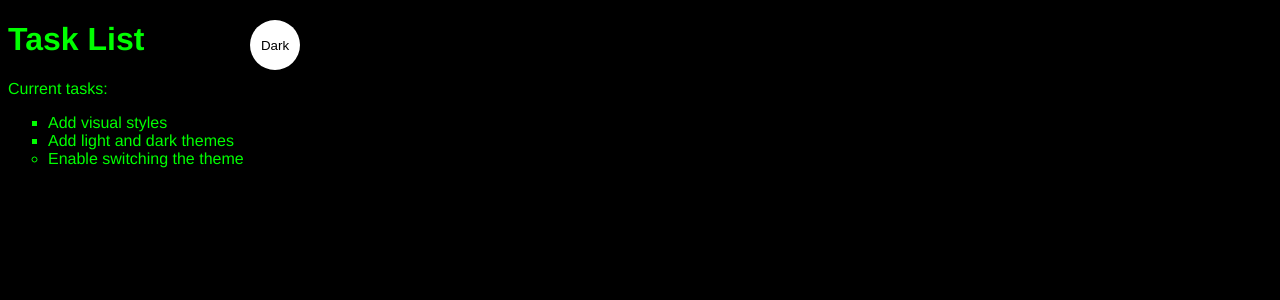
Repository: MaggieMengXingchen/Class-4
Page: index.html
The author's editor kept a copy of each file at every save. The page is drawn from the files as they stood at one save, then again after a run of saves.
The browser window is 1280 px wide. The pictures show the whole page.

Above is the page before, as saved 2024-02-20 15:09:33.

### index.html
<!DOCTYPE html> <!-- 定义文档类型，告诉浏览器这是一个HTML5文档 -->
<html lang="en"> <!-- 根元素，定义了整个HTML文档，lang属性指定文档的主要语言为英语 -->
<head>
    <meta charset="UTF-8"> <!-- 定义字符编码为UTF-8，支持大多数语言的字符 -->
    <meta name="viewport" content="width=device-width, initial-scale=1.0"> <!-- 视口设置，确保网页在不同设备上正确显示，实现响应式设计 -->
    <title>Document</title> <!-- 定义网页标题 -->
    <Link rel="stylesheet" href="main.css"> <!-- 链接外部CSS文件，用于定义网页的样式 -->
        <noscript>You need to enable JavaScript to view the full site.</noscript> <!-- 如果浏览器禁用了JavaScript，显示这段文本 -->
</head>
<body class="dark-theme"><!-- 使用class属性应用暗色主题的样式，通过改变class值可以切换主题 -->
    <h1>Task List</h1> <!-- 页面的主标题 -->
    <p id="msg">Current tasks:</p> <!-- 段落标签，定义了一个文本区域 -->
    <ul> <!-- 定义一个无序列表 -->
        <li class="list">Add visual styles</li> <!-- 列表项，应用了class="list"的样式，显示为方形项目符号 -->
        <li class="list">Add light and dark themes</li> <!-- 同上 -->
        <li>Enable switching the theme</li> <!-- 无特殊样式的列表项，默认圆形项目符号 -->
    </ul>
    <div>
        <button class="btn">Dark</button> <!-- 定义一个按钮，应用了.btn样式 -->
    </div>
    <script src="app.js"></script> <!-- 引入外部JavaScript文件，用于添加交互功能 -->
</body>

<script>alert('Hello World')</script> <!-- 内嵌JavaScript代码，加载网页时弹出"Hello World"警告框 -->
</html>

### main.css
:root {
    --green: #00FF00; /* 定义绿色变量，颜色代码为#00FF00 */
    --white: #FFFFFF; /* 定义白色变量，颜色代码为#FFFFFF */
    --black: #000000; /* 定义黑色变量，颜色代码为#000000 */
}
body {
    background-color: var(--bg); /* 设置body背景颜色，使用变量--bg */
    color: var(--fontColor); /* 设置body文字颜色，使用变量--fontColor */
    font-family: Helvetica; /* 设置body字体为Helvetica */
}
/*将所有无序列表（<ul>标签）的字体设置为Helvetica字体*/
li {
    list-style: circle; /* 设置列表项前的符号为圆圈 */
}
.list {
    list-style: square; /* 设置class为list的列表项前的符号为正方形 */
}
.btn {
    position: absolute; /* 设置按钮位置为绝对定位 */
    top: 20px; /* 设置按钮距离顶部20像素 */
    left: 250px; /* 设置按钮距离左边250像素 */
    height: 50px; /* 设置按钮高度为50像素 */
    width: 50px; /* 设置按钮宽度为50像素 */
    border-radius: 50%; /* 设置按钮边角为圆形 */
    border: none; /* 设置按钮无边框 */
    color: var(--btnFontColor); /* 设置按钮文字颜色，使用变量--btnFontColor */
    background-color: var(--btnBg); /* 设置按钮背景颜色，使用变量--btnBg */
}
.light-theme {
    --bg: var(--green); /* 浅色主题下，设置背景颜色为绿色 */
    --fontColor: var(--black); /* 浅色主题下，设置文字颜色为黑色 */
    --btnBg: var(--black); /* 浅色主题下，设置按钮背景颜色为黑色 */
    --btnFontColor: var(--white); /* 浅色主题下，设置按钮文字颜色为白色 */
}
.dark-theme {
    --bg: var(--black); /* 深色主题下，设置背景颜色为黑色 */
    --fontColor: var(--green); /* 深色主题下，设置文字颜色为绿色 */
    --btnBg: var(--white); /* 深色主题下，设置按钮背景颜色为白色 */
    --btnFontColor: var(--black); /* 深色主题下，设置按钮文字颜色为黑色 */
}

### app.js
const switcher = document.querySelector('.btn'); // 选取页面中class为'.btn'的元素，通常是一个按钮，并赋值给变量switcher。

switcher.addEventListener('click', function() { // 为switcher元素添加一个点击事件监听器。
    document.body.classList.toggle('light-theme'); // 切换<body>元素的class，如果有'light-theme'则移除，没有则添加。
    document.body.classList.toggle('dark-theme'); // 同上，但是对'dark-theme'类进行操作。

    const className = document.body.className; // 获取<body>元素当前的className并赋值给变量className。
    if(className == "light-theme") { // 如果当前className是"light-theme"，则执行以下操作：
        this.textContent = "Dark"; // 将按钮的文本内容设置为"Dark"。
    } else { // 如果当前className不是"light-theme"，即暗色主题，则执行以下操作：
        this.textContent = "Light"; // 将按钮的文本内容设置为"Light"。
    }
});

After the next 2 saves:
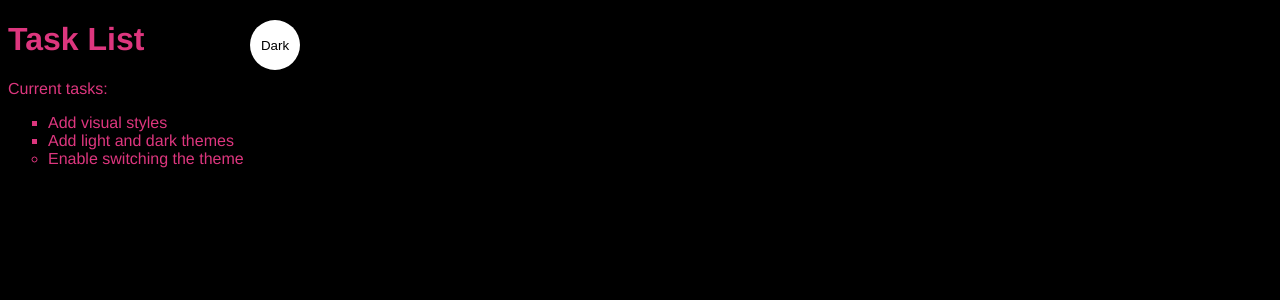
The 2 saves are shown as one change because they came seconds apart.
The last was saved 97 s later.
--- a/main.css
+++ b/main.css
@@ -1,5 +1,5 @@
 :root {
-    --green: #00FF00; /* 定义绿色变量，颜色代码为#00FF00 */
+    --green: #dd367e; /* 定义绿色变量，颜色代码为#00FF00 */
     --white: #FFFFFF; /* 定义白色变量，颜色代码为#FFFFFF */
     --black: #000000; /* 定义黑色变量，颜色代码为#000000 */
 }
